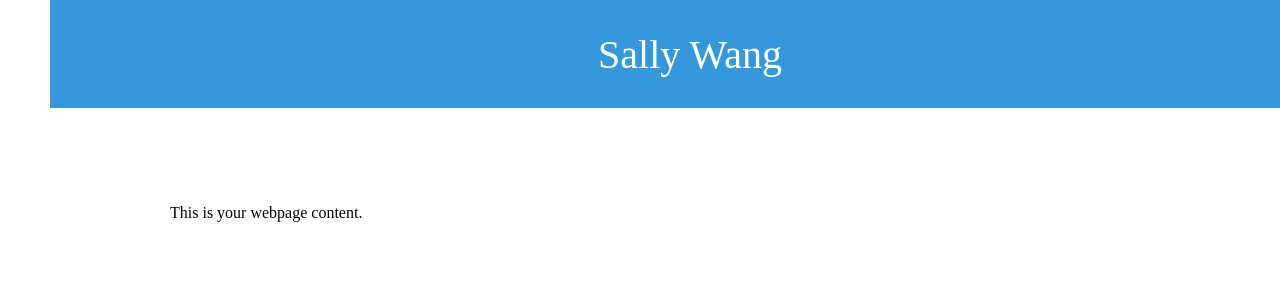
Repository: tianjiewang2022/tianjiewang2022.github.io
Page: index.html
An editor plug-in stored every save of this project. The page is shown before and after the next save, followed by the edit.
The browser window is 1280 px wide. The pictures show the whole page.

Above is the page before, as saved 2023-10-01 22:11:51.

### index.html
<!DOCTYPE html>
<html lang="en">

    <head>
        <meta charset="UTF-8">
        <meta name="viewport" content="width=device-width, initial-scale=1.0">
        <title>Sally's Webpage</title>
        <style>
            body {
                margin-left: 50px;
                margin-right: 50px;
                padding: 20px;
            }

            header {
                background-color: #3498db;
                /* Choose your header color */
                color: white;
                position: fixed;
                top: 0;
                left: 50px;
                right: 50px;
                width: 100%;
                height: 15%;
                /* Adjust the header height as needed */
                display: flex;
                align-items: center;
                justify-content: center;
                z-index: 100;
                font-size: 40px;
            }

            .container {
                margin-top: 60px;
                /* Ensure content starts below the header */
                padding: 100px;
            }
        </style>
    </head>

    <body>
        <header>
            Sally Wang
        </header>

        <div class="container">
            <!-- Your content goes here -->
            <p>This is your webpage content.</p>
        </div>
    </body>

</html>

After the next save:
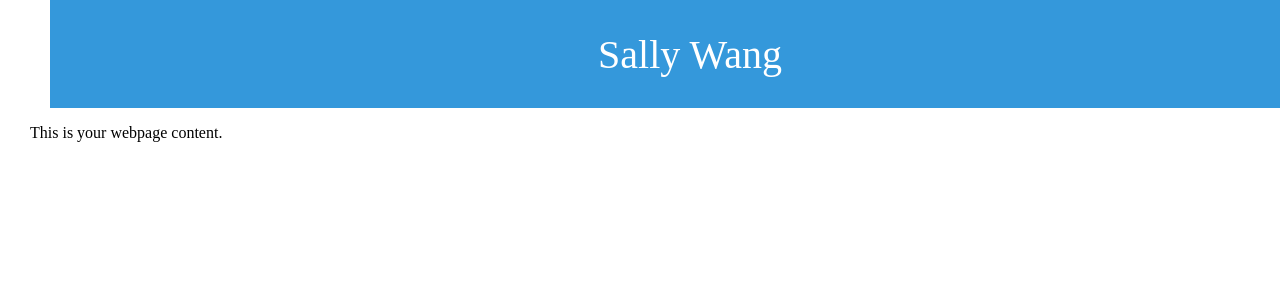
Saved 6 min 23 s later.
--- a/index.html
+++ b/index.html
@@ -7,9 +7,9 @@
         <title>Sally's Webpage</title>
         <style>
             body {
-                margin-left: 50px;
-                margin-right: 50px;
-                padding: 20px;
+                margin-left: 10px;
+                margin-right: 10px;
+                padding: 10px;
             }
 
             header {
@@ -31,9 +31,9 @@
             }
 
             .container {
-                margin-top: 60px;
+                margin-top: 80px;
                 /* Ensure content starts below the header */
-                padding: 100px;
+                padding: 10px;
             }
         </style>
     </head>
